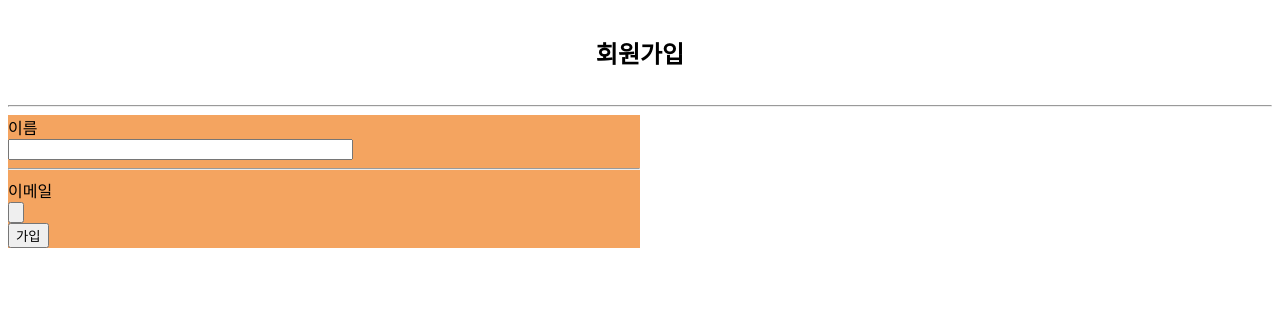
Repository: kimbs95/tomcat
Page: http://localhost/test/NewFile2.jsp
These files come from the project's save history. The page is drawn as it stood at one moment and after the next save; the edit follows.
The browser window is 1280 px wide. The pictures show the whole page.
The page is served by Tomcat 9.

Above is the page before, as saved 2022-07-15 08:24:56.
Console error: SyntaxError: Unexpected identifier 'email'

### test/src/main/webapp/NewFile2.jsp
<%@ page language="java" contentType="text/html; charset=UTF-8"
    pageEncoding="UTF-8"%>
<!DOCTYPE html>
<html>
<head>
<meta charset="UTF-8">
<title>Insert title here</title>

<style type="text/css">

h2{
border-raius:5px
background-color :wheat;
text-align: center;
padding : 15px 0;
}


#regform{
padding: 15px 20px
border-radiut : 10px
margin:auto;
width:50%;
background-color : SandyBrown;

}

</style>
<script>

function signUp(){

	alert('정말로 가입하시겠습니까?')
	document.getElementById("regform").styel.display ="none";
	document.getElementById("rname").innerHTML=document.form1.name.value;
	document.getElemetnById("result").innerHTML =document.form1 email.value;
	document.getElemetnById('remail').innerHTml = document.form1.email.value;
	document.getElementById("result"').setAttribute("style" , "display:block
			background-color:khaki;");


}
</script>

</head>
<body>
<h2>회원가입</h2>
<hr>
<div id="regform">
	<form name ="form1">
	<label>이름</label> <br>
	<input type="text" name="name" size="40"> <br>
	<hr>
	<label>이메일</label> <br>
	<input type="button" name="email" size="40"> <br>
	<button type="button" onClick="signUp()">가입</button>
	</form>
</div>

<div id="result" class="result" >
<h3>가입 정보</h3>
<hr>
이름: <span id="rname"></span> <br>
이메일: <span id="remail"></span> <br>
</div>

<script type="text/javascript">
  	document.getElementById("result").style.display = "none";
</script>
</body>
</html>

After the next save:
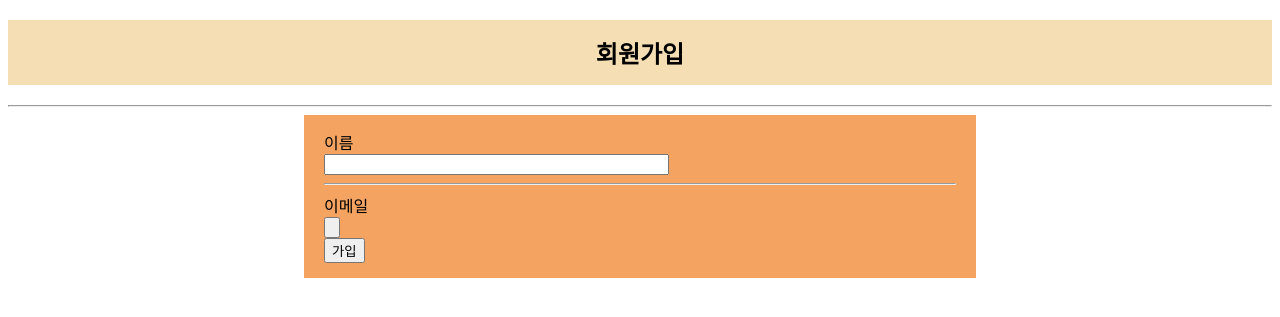
Saved 44 s later.
--- a/test/src/main/webapp/NewFile2.jsp
+++ b/test/src/main/webapp/NewFile2.jsp
@@ -9,16 +9,16 @@
 <style type="text/css">
 
 h2{
-border-raius:5px
-background-color :wheat;
+border-raius:5px;
+background-color: wheat;
 text-align: center;
 padding : 15px 0;
 }
 
 
 #regform{
-padding: 15px 20px
-border-radiut : 10px
+padding: 15px 20px;
+border-radiut : 10px;
 margin:auto;
 width:50%;
 background-color : SandyBrown;
